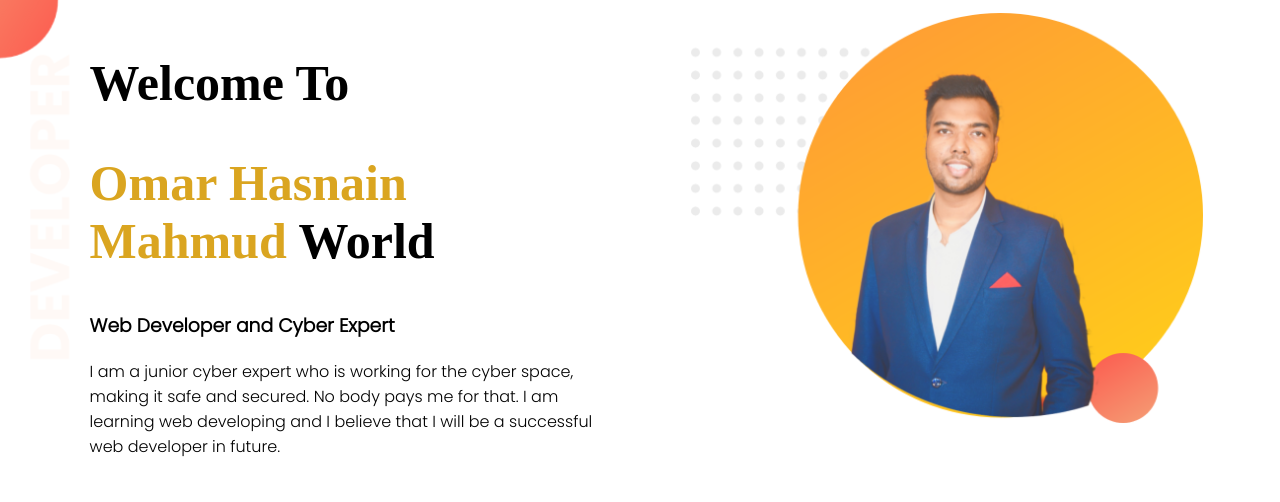
Repository: omarhasnain/web-portfolio
Page: index.html
These files come from the project's save history. The page is drawn as it stood at one moment and after the next save; the edit follows.
The browser window is 1280 px wide. The pictures show the whole page.
Some web fonts or font styles are not loaded; a fallback is used.

Above is the page before, as saved 2021-01-05 21:24:22.

### index.html
<!DOCTYPE html>
<html lang="en">
<head>
    <meta charset="UTF-8">
    <meta name="viewport" content="width=device-width, initial-scale=1.0">
    <title>Web Developer Omar</title>
    <link rel="preconnect" href="https://fonts.gstatic.com">
    <link href="https://fonts.googleapis.com/css2?family=Redressed&display=swap" rel="stylesheet">
    <link rel="preconnect" href="https://fonts.gstatic.com">
    <link href="https://fonts.googleapis.com/css2?family=Poppins:wght@300&display=swap" rel="stylesheet">
    <link rel="stylesheet" href="web portfolio style.css">
</head>
    <body>
        <section class="top-banner">
            <div class="half-width">
                    <h1>Welcome To </h1>
                    <h1><span class="name-highlight">Omar Hasnain Mahmud</span> World</h1>
                    <h3>Web Developer and Cyber Expert</h3>
                    <p>I am a junior cyber expert who is working for the cyber space, making it safe and secured. No body pays me for that. I am learning web developing and I believe that I will be a successful web developer in future.</p>
            </div>
            <div class="half-width">
                <img src="images/profile.png" alt="">
            </div>
        </section>

    </body>
</html>

### web portfolio style.css
body{
    margin: 0;
    font-family: 'Poppins', sans-serif;
}
h1{
    font-size: 50px;
    font-family: 'Redressed', cursive;
}
.name-highlight{
    color: goldenrod;
}
h3{
    font-family: 'Poppins', sans-serif;
}

.half-width{
    width: 40%;
    float: left;
    margin-left: 5%;
    padding-left: 2%;
    padding-top: 1%;
}
.half-width img{
    width: 100%;
}
.top-banner{

    background-image: url("images/top-banner.png");
    background-repeat: no-repeat;
}
section{
    height: 500px;
}

After the next save:
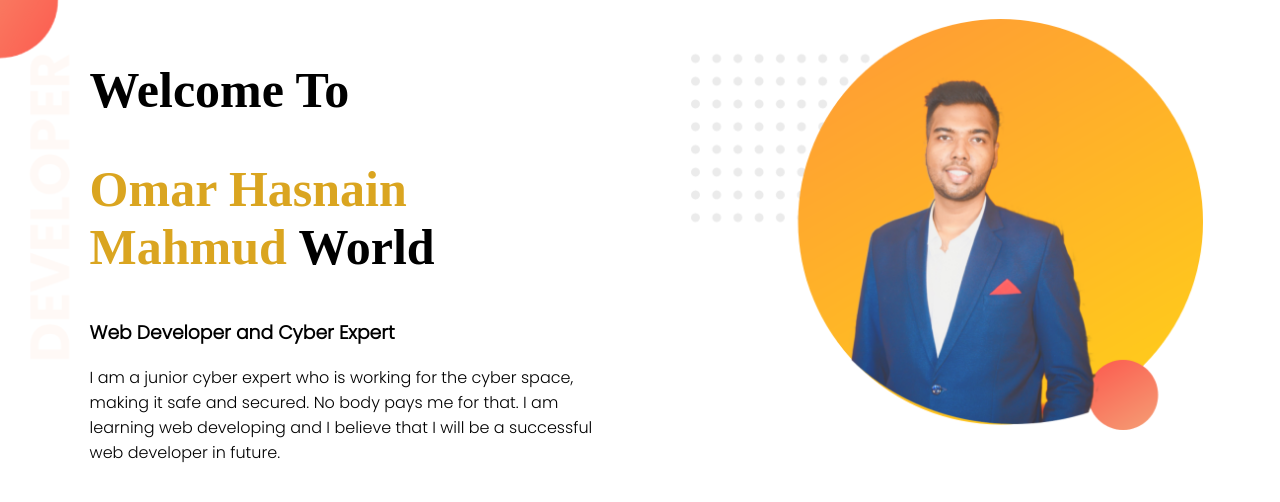
Saved 70 s later.
--- a/web portfolio style.css
+++ b/web portfolio style.css
@@ -18,7 +18,7 @@
     float: left;
     margin-left: 5%;
     padding-left: 2%;
-    padding-top: 1%;
+    padding-top: 1.5%;
 }
 .half-width img{
     width: 100%;
